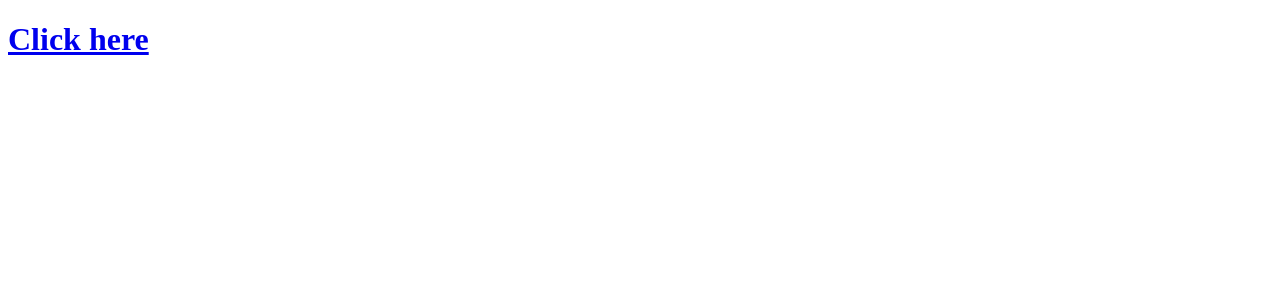
Repository: Sourabh-Gautam/epam-hometask
Page: Spring/Spring Boot Web/onlinequizmanagement/src/main/resources/static/index.html
These files come from the project's save history. The page is drawn as it stood at one moment and after the next save; the edit follows.
The browser window is 1280 px wide. The pictures show the whole page.

Above is the page before, as saved 2022-11-08 21:50:44.

### Spring/Spring Boot Web/onlinequizmanagement/src/main/resources/static/index.html
<!DOCTYPE html>
<html>
<head>
<meta charset="ISO-8859-1">
<title>Insert title here</title>
</head>
<body>
<h1><a href="/hello">Click here</a></h1>
</body>
</html>

After the next save:
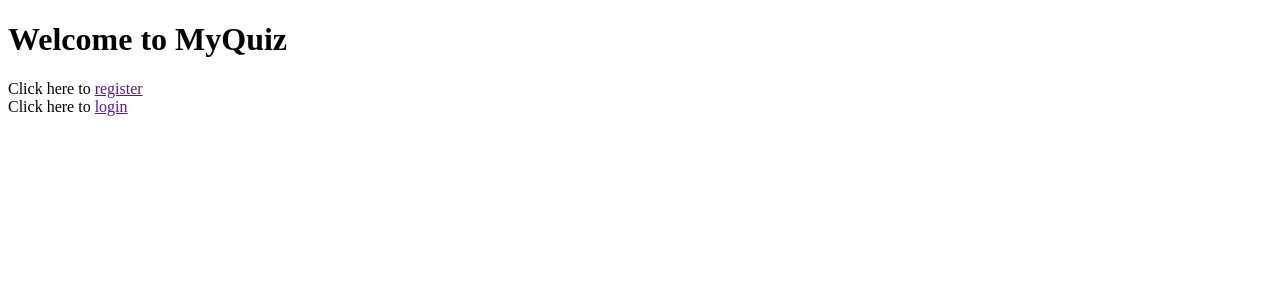
Saved 3 min 14 s later.
--- a/Spring/Spring Boot Web/onlinequizmanagement/src/main/resources/static/index.html
+++ b/Spring/Spring Boot Web/onlinequizmanagement/src/main/resources/static/index.html
@@ -5,6 +5,11 @@
 <title>Insert title here</title>
 </head>
 <body>
-<h1><a href="/hello">Click here</a></h1>
+<div>
+<h1>Welcome to MyQuiz</h1>
+<div>Click here to <a href="" >register</a></div>
+<div>Click here to <a href="" >login</a></div>
+</div>
+
 </body>
 </html>
